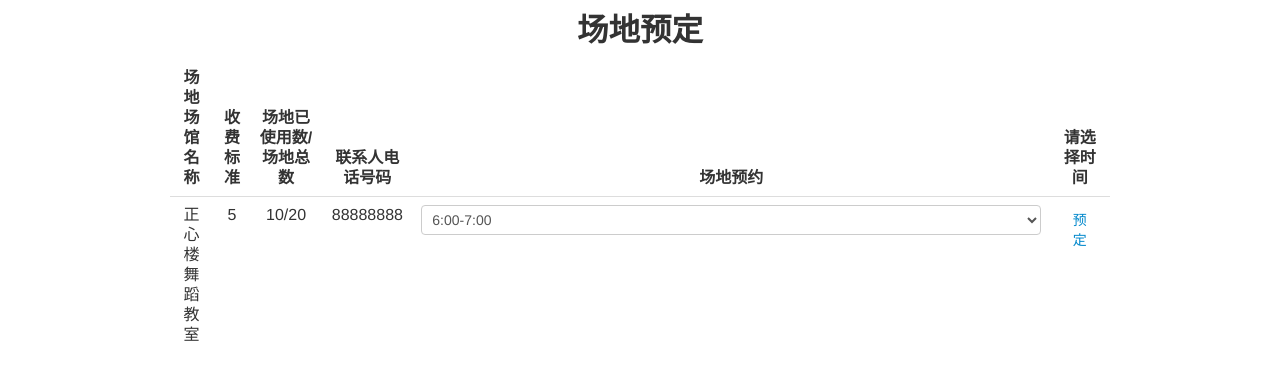
Repository: hitDeveloper/fitness
Page: http://localhost/project/book.jsp
An editor plug-in stored every save of this project. The page is shown before and after the next save, followed by the edit.
The browser window is 1280 px wide. The pictures show the whole page.
The page is served by Tomcat 9. Nobody is signed in. The application's start-up code is not run.

Above is the page before, as saved 2014-11-15 10:22:46.
Not found: Project3/project/project/bootstrap-theme.min.css

After the next save:
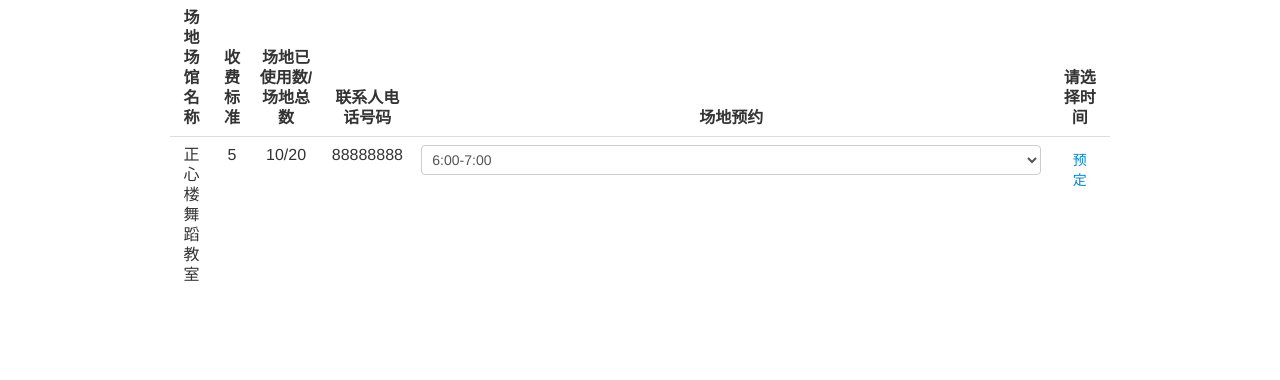
Saved 18 s later.
--- a/Project3/project/WebRoot/book.jsp
+++ b/Project3/project/WebRoot/book.jsp
@@ -8,8 +8,7 @@
 <body>
 <div class="container">
 
-<table class="table"><strong>
-   <div align="center"><h2>场地预定</h2></div></strong>
+<table class="table">
    <thead>
       <tr>
          <th><div align="center">场地场馆名称</div></th>
